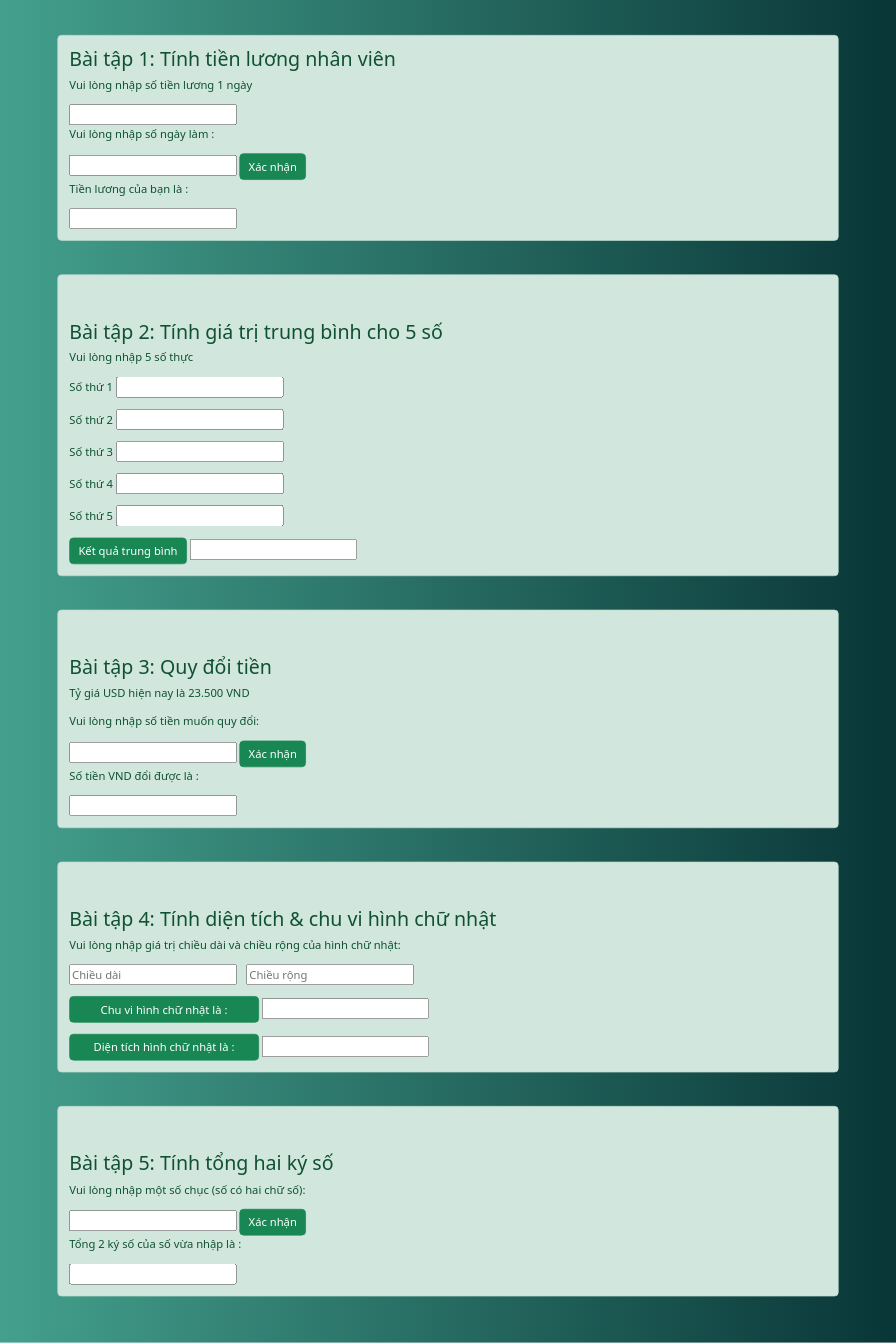
Repository: hcozyph/TranHuuPhuoc_BC43_BT_JS_Buoi2
Page: index.html
These files come from the project's save history. The page is drawn as it stood at one moment and after the next save; the edit follows.
The browser window is 1280 px wide. The pictures show the whole page, at 70% of full size.

Above is the page before, as saved 2023-02-03 20:59:03.

### index.html
<!DOCTYPE html>
<html lang="en">
    <head>
        <title>BT JS - Buoi 1</title>
        <!-- Required meta tags -->
        <meta charset="utf-8" />
        <meta
            name="viewport"
            content="width=device-width, initial-scale=1, shrink-to-fit=no"
        />

        <!-- font-family -->
        <link
            href="//fonts.googleapis.com/css2?family=Pacifico&amp;display=swap"
            rel="stylesheet"
        />
        <link
            href="//fonts.googleapis.com/css2?family=Quicksand:wght@300;400;500;600;700&amp;display=swap"
            rel="stylesheet"
        />

        <!-- Bootstrap CSS v5.2.1 -->
        <link
            href="https://cdn.jsdelivr.net/npm/bootstrap@5.2.1/dist/css/bootstrap.min.css"
            rel="stylesheet"
            integrity="sha384-iYQeCzEYFbKjA/T2uDLTpkwGzCiq6soy8tYaI1GyVh/UjpbCx/TYkiZhlZB6+fzT"
            crossorigin="anonymous"
        />

        <!-- FontAwesome 6.2.0 CSS -->
        <link
            rel="stylesheet"
            href="https://cdnjs.cloudflare.com/ajax/libs/font-awesome/6.2.0/css/all.min.css"
            integrity="sha512-xh6O/CkQoPOWDdYTDqeRdPCVd1SpvCA9XXcUnZS2FmJNp1coAFzvtCN9BmamE+4aHK8yyUHUSCcJHgXloTyT2A=="
            crossorigin="anonymous"
            referrerpolicy="no-referrer"
        />

        <!-- index.css -->
        <link rel="stylesheet" href="./style/index.css" />
    </head>

    <body>
        <div class="btvn">
            <!-- BT1 -->
            <div class="container">
                <!-- BT-1 -->
                <div class="BT1 alert alert-success">
                    <h1 class="fs-3">Bài tập 1: Tính tiền lương nhân viên</h1>

                    <!-- <div class="col-4"> -->
                    <p>Vui lòng nhập số tiền lương 1 ngày</p>

                    <input type="text" id="luongMotNgay" />
                    <!-- </div> -->

                    <p>Vui lòng nhập số ngày làm :</p>
                    <input type="number" id="soNgayLam" />
                    <button
                        class="btn btn-success"
                        id="btnXacNhan"
                        onclick="inputSoNgayLam()"
                    >
                        Xác nhận
                    </button>
                    <p>Tiền lương của bạn là :</p>
                    <input type="text" id="result" />
                </div>

                <!-- BT2 -->
                <div class="BT2 alert alert-success mt-5">
                    <h1 class="fs-3 mt-5">
                        Bài tập 2: Tính giá trị trung bình cho 5 số
                    </h1>
                    <p>Vui lòng nhập 5 số thực</p>

                    <p>Số thứ 1 <input type="number" id="n1" /></p>
                    <p>Số thứ 2 <input type="number" id="n2" /></p>
                    <p>Số thứ 3 <input type="number" id="n3" /></p>
                    <p>Số thứ 4 <input type="number" id="n4" /></p>
                    <p>Số thứ 5 <input type="number" id="n5" /></p>

                    <button
                        class="btn btn-success"
                        id="btnAverage"
                        onclick="average()"
                    >
                        Kết quả trung bình
                    </button>
                    <input type="text" id="average" />
                </div>

                <!-- BT3 -->
                <div class="BT3 alert alert-success mt-5">
                    <h1 class="fs-3 mt-5">Bài tập 3: Quy đổi tiền</h1>
                    <p>Tỷ giá USD hiện nay là 23.500 VND</p>
                    <p>Vui lòng nhập số tiền muốn quy đổi:</p>

                    <input type="number" id="inputUsd" />
                    <button
                        class="btn btn-success"
                        id="btnTradeMoney"
                        onclick="tradeMoney ()"
                    >
                        Xác nhận
                    </button>

                    <p>Số tiền VND đổi được là :</p>
                    <input type="text" id="tradeMoney" />
                </div>

                <!-- BT4 -->
                <div class="BT4 alert alert-success mt-5">
                    <h1 class="fs-3 mt-5">
                        Bài tập 4: Tính diện tích & chu vi hình chữ nhật
                    </h1>
                    <p>
                        Vui lòng nhập giá trị chiều dài và chiều rộng của hình
                        chữ nhật:
                    </p>

                    <input type="number" id="length" placeholder="Chiều dài" />
                    <input
                        style="margin-left: 10px"
                        type="number"
                        id="width"
                        placeholder="Chiều rộng"
                    />

                    <div class="chuVi mt-3">
                        <button class="btn btn-success w-25" onclick="chuVi()">
                            Chu vi hình chữ nhật là :
                        </button>
                        <input type="number" id="chuVi" id="ketQua" />
                    </div>

                    <div class="dienTich mt-3">
                        <button
                            class="btn btn-success w-25"
                            onclick="dienTich()"
                        >
                            Diện tích hình chữ nhật là :
                        </button>
                        <input type="number" id="dienTich" />
                    </div>
                </div>

                <!-- BT5 -->
                <div class="BT5 alert alert-success mt-5">
                    <h1 class="fs-3 mt-5">Bài tập 5: Tính tổng hai ký số</h1>
                    <p>Vui lòng nhập một số chục (số có hai chữ số):</p>
                    <input type="number" id="inputSoChuc" />
                    <button class="btn btn-success" onclick="tong2KySo()">
                        Xác nhận
                    </button>
                    <p>Tổng 2 ký số của số vừa nhập là :</p>
                    <input type="number" id="tong2KySo" />
                </div>
            </div>
        </div>

        <!-- Bootstrap JavaScript Libraries -->
        <script
            src="https://cdn.jsdelivr.net/npm/@popperjs/core@2.11.6/dist/umd/popper.min.js"
            integrity="sha384-oBqDVmMz9ATKxIep9tiCxS/Z9fNfEXiDAYTujMAeBAsjFuCZSmKbSSUnQlmh/jp3"
            crossorigin="anonymous"
        ></script>

        <script
            src="https://cdn.jsdelivr.net/npm/bootstrap@5.2.1/dist/js/bootstrap.min.js"
            integrity="sha384-7VPbUDkoPSGFnVtYi0QogXtr74QeVeeIs99Qfg5YCF+TidwNdjvaKZX19NZ/e6oz"
            crossorigin="anonymous"
        ></script>

        <!-- js customize -->
        <script src="./index.js"></script>
    </body>
</html>

### style/index.css
.btvn {
    background: linear-gradient(to right, rgb(68, 160, 141), rgb(9, 54, 55));
    background-repeat: no-repeat;
    background-size: cover;
    margin: 0 auto;
    padding: 50px;
}

### index.js
//BT1: Tính tiền lương nhân viên
function inputSoNgayLam () {
    //input:
    var soNgayLam = document.getElementById('soNgayLam').value;
    var luongMotNgay = document.getElementById('luongMotNgay').value;

    //output:
    var result = 0;

    //progress
    var result = parseInt(soNgayLam) * parseInt(luongMotNgay);

    document.getElementById('result').value = result.toLocaleString() + ' VND';
}

//BT2: Tính trung bình cộng 5 số
function average () {
    //input:
    var n1 = document.getElementById('n1').value;
    var n2 = document.getElementById('n2').value;
    var n3 = document.getElementById('n3').value;
    var n4 = document.getElementById('n4').value;
    var n5 = document.getElementById('n5').value;
    //output:
    var average = 0;
    const soLuongInput = 5;

    //progress
    var sum = parseFloat(n1) + parseFloat(n2) + parseFloat(n3) + parseFloat(n4) + parseFloat(n5);

    var average =  sum / parseFloat(soLuongInput) ;

    document.getElementById('average').value = average;
}

//BT3: Quy đổi tiền
function tradeMoney () {
    //input
    var inputUsd = document.getElementById('inputUsd').value;
    const tyGia = 23500;

    //output
    var tradeMoney = 0;

    //progress
    var tradeMoney = parseInt(inputUsd) * parseInt(tyGia);
    document.getElementById('tradeMoney').value = tradeMoney.toLocaleString() + ' VND';
}

//BT4: Tính chu vi & diện tích hình chữ nhật
function chuVi () {
    // input
    var length = document.getElementById('length').value;
    var width = document.getElementById('width').value;

    //output
    var chuVi = ( parseInt(length) + parseInt(width) ) * 2;

    //progress
    document.getElementById('chuVi').value = chuVi.toLocaleString();
}


function dienTich () {
    // input
    var length = document.getElementById('length').value;
    var width = document.getElementById('width').value;

    //output
    var dienTich = parseInt(length) * parseInt(width) ;

    //progress
    document.getElementById('dienTich').value = dienTich.toLocaleString();
}


//BT5: Tính tổng hai ký số
function tong2KySo () {
    //input
    var inputSoChuc = document.getElementById('inputSoChuc').value;
    var hangChuc = 0;
    var hangDonVi = 0;

    //output
    var tong2KySo = 0;

    //progress
    var hangChuc = Math.floor(Number(inputSoChuc)/10)
    var hangDonVi = Math.floor(Number(inputSoChuc)%10)
    var tong2KySo = parseInt(hangChuc) + parseInt(hangDonVi);

    document.getElementById('tong2KySo').value = tong2KySo;
}
/*
Link vercel:
https://tran-huu-phuoc-bc-43-bt-js-buoi1.vercel.app/
*/

After the next save:
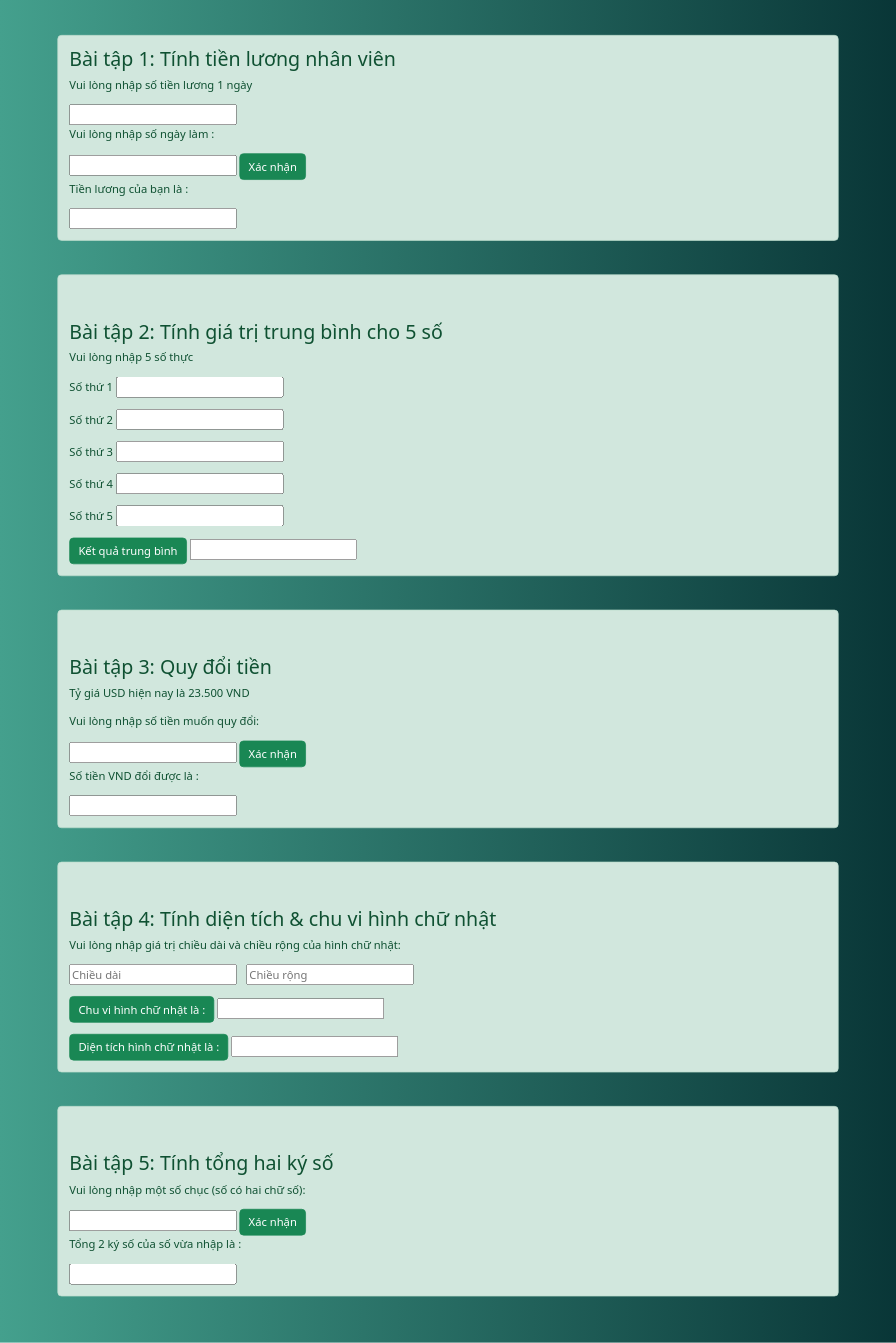
Saved 15 s later.
--- a/index.html
+++ b/index.html
@@ -128,17 +128,14 @@
                     />
 
                     <div class="chuVi mt-3">
-                        <button class="btn btn-success w-25" onclick="chuVi()">
+                        <button class="btn btn-success" onclick="chuVi()">
                             Chu vi hình chữ nhật là :
                         </button>
                         <input type="number" id="chuVi" id="ketQua" />
                     </div>
 
                     <div class="dienTich mt-3">
-                        <button
-                            class="btn btn-success w-25"
-                            onclick="dienTich()"
-                        >
+                        <button class="btn btn-success" onclick="dienTich()">
                             Diện tích hình chữ nhật là :
                         </button>
                         <input type="number" id="dienTich" />
